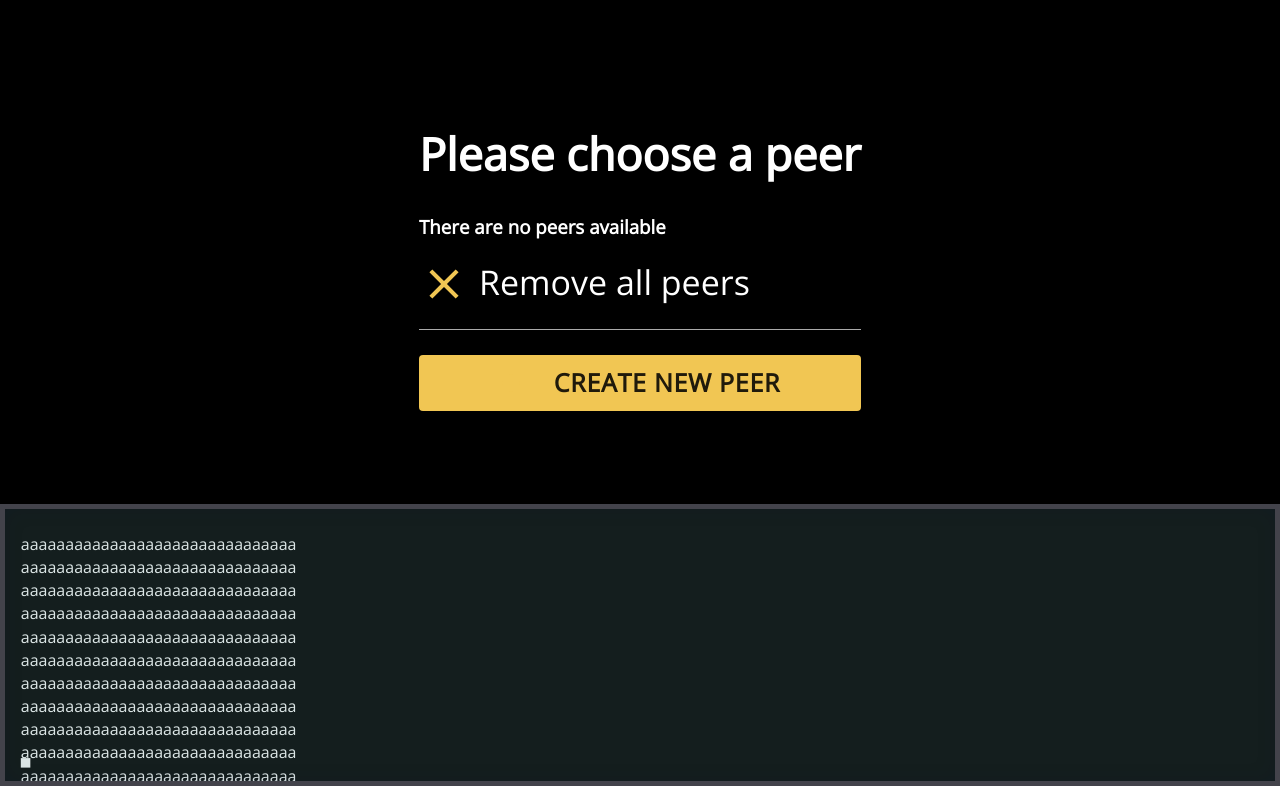
Repository: Bachdz/ASAP-Gui-Frontend
Page: /login
These files come from the project's save history. The page is drawn as it stood at one moment and after the next save; the edit follows.
The browser window is 1280 px wide. The pictures show the whole page.
The page's requests for data from a server got no answer. The project was rebuilt for these pictures with package versions that can differ from the ones it lists, and the page was loaded fresh each time. No one was signed in, and anything a server would have sent is missing. Also part of the build but not shown: src/css/loginscreen/Peer.css, src/components/fragments/Footer.js, src/components/mainscreen/subcomponents/Apps.js, src/css/mainscreen/Main.css, src/components/mainscreen/Main.js.

Above is the page before, as saved 2020-12-16 19:43:50.

### src/App.js
import React from 'react';



import { ReactComponent as Arrow } from './arrow.svg';
import Login from './components/loginscreen/Login';
import Main from './components/mainscreen/Main';
import { Link } from 'react-router-dom';
import Logo from './components/fragments/Footer';


import { BrowserRouter as Router, Route } from 'react-router-dom'

import './App.css';

function App() {
  return (
      <Router>
        <Route exact path="/" render={props => (
          <React.Fragment>
        <div className="container">

            <div className="content">
              <div id="box">
                <h1>Welcome to ASAP engine</h1>
                <Link to="/login"><Arrow id="next" /></Link>
              </div>
            </div>
          <Logo />
        </div>


          </React.Fragment>
        )} />
        <Route path="/login" component={Login} />
        <Route path="/main/user" component={Main} />

      </Router>
  );
}



export default App;

### src/components/loginscreen/Login.js
import React, { Component } from 'react';
import Peer from './subcomponents/Peer';
import CreateUser from './subcomponents/CreateUser';
import CloseIcon from '@material-ui/icons/Close';
import Alert from '@material-ui/lab/Alert';
import Snackbar from '@material-ui/core/Snackbar';
import Logo from '../fragments/Footer';
import Terminal from '../fragments/Terminal';



import '../../css/loginscreen/Login.css';
import axios from 'axios';



class Login extends Component {
    state = {
        peers: [],
        alertopen: false,
        alertmsg: '',
        alerttype: ''
    }

    componentDidMount() {
        axios.get('http://localhost:8080/api/v1/asap/peers')
            .then(res => this.setState({ peers: res.data }))
    }

    //create User
    addUser = (userName) => {
        let url = 'http://localhost:8080/api/v1/asap/peer?name=' + userName;
        axios.post(url)
            .then(res => this.setState({ peers: [...this.state.peers, res.data] }))
    }

    //remove all users
    removeAllUser = () => {
        axios.delete('http://localhost:8080/api/v1/asap/peers')
            .then(res => {
                if (res.data === false) {
                    this.setState({ alertopen: !this.state.alertopen, alertmsg: "Couldn't delete peers", alerttype: "error" });

                } else if (res.data === true) {
                    this.setState({ alertopen: !this.state.alertopen, alertmsg: "Deleted successfully ", alerttype: "success" });
                    axios.get('http://localhost:8080/api/v1/asap/peers')
                        .then(res => this.setState({ peers: res.data }))
                }



            }


            )


    }

    handleClose = (event, reason) => {
        this.setState({ alertopen: !this.state.alertopen });
    }


    render() {
        const { alertopen, alertmsg, alerttype } = this.state;
        return (
            <div>

                <div className="container">
                    <div className="content">
                        <div className="login-container">
                            <Snackbar anchorOrigin={{ vertical: 'top', horizontal: 'center' }} open={alertopen} autoHideDuration={2000} onClose={this.handleClose}>
                                <Alert onClose={this.handleClose} severity={alerttype}>
                                    {alertmsg}
                                </Alert>
                            </Snackbar>
                            <h1>Please choose a peer</h1>
                            <Peer peers={this.state.peers} />

                            <div id="remove-peer">
                                <CloseIcon id="remove" onClick={this.removeAllUser} /> Remove all peers
            </div>
                            <CreateUser addUser={this.addUser} />

                        </div>
                    </div>

                </div>
                <Terminal />

            </div>

        );
    }
}


export default Login;

### src/App.css
@import url('https://fonts.googleapis.com/css?family=Open+Sans');
body {
  font-family: "Open Sans", sans-serif;

}

#box {
  text-align: center;
}

.content {
  min-height: 70vh;
  display: flex;
  align-items: center;
}

.container {
  display: flex;
  align-items: center;
  justify-content: center;
  flex-direction: column;
  background-color: #000000;
  color: #ffffff;
  height: 70%;
  margin:0;
}

footer {
 margin-top:auto;
 width: 100vw;
}



#next {
  cursor: "pointer";
  transition: transform 330ms ease-in-out;

}
#next:hover {
  cursor: pointer;
  -ms-transform: scale(1.2); /* IE 9 */
  -webkit-transform: scale(1.2); /* Safari 3-8 */
  transform: scale(1.2);
}
h1 {
  font-size: 45px;
  text-align: center;
  animation: fadein 3s;
  -moz-animation: fadein 3s; /* Firefox */
  -webkit-animation: fadein 3s; /* Safari and Chrome */
  -o-animation: fadein 3s; /* Opera */
}
@keyframes fadein {
  from {
      opacity:0;
  }
  to {
      opacity:1;
  }
}
@-moz-keyframes fadein { /* Firefox */
  from {
      opacity:0;
  }
  to {
      opacity:1;
  }
}
@-webkit-keyframes fadein { /* Safari and Chrome */
  from {
      opacity:0;
  }
  to {
      opacity:1;
  }
}
@-o-keyframes fadein { /* Opera */
  from {
      opacity:0;
  }
  to {
      opacity: 1;
  }
}

### src/components/loginscreen/subcomponents/Peer.js
import React from 'react';
import '../../../css/loginscreen/Peer.css';
import AccountCircleIcon from '@material-ui/icons/AccountCircle';
import ArrowForwardIcon from '@material-ui/icons/ArrowForward';
// import { Redirect } from 'react-router-dom';
import { Link } from 'react-router-dom';

function Peer (props) {

        if (props.peers.length > 0) {
            return (
                props.peers.map((peer) => (
                    <div className="peer-container">
                        <AccountCircleIcon id="icon" />
                        {peer.name}
                        <Link to={{
                            pathname: '/main/user',
                            state: {
                                peer: peer.name
                            }
                        }}>
                            <ArrowForwardIcon id="forward" />
                        </Link>
                    </div>

                ))

            );


        } else {
            return (
                <h3>There are no peers available</h3>
            )
        }
    }





export default Peer;

### src/components/loginscreen/subcomponents/CreateUser.js
import React, {Component} from 'react';
import Button from '@material-ui/core/Button';
import AddIcon from '@material-ui/icons/Add';
import TextField from '@material-ui/core/TextField';
import Dialog from '@material-ui/core/Dialog';
import DialogActions from '@material-ui/core/DialogActions';
import DialogContent from '@material-ui/core/DialogContent';
import '../../../css/loginscreen/CreateUser.css';
import DialogContentText from '@material-ui/core/DialogContentText';

export class CreateUser extends Component {
    state = {
        open: false,
        error: false,
        username: ''
    }

    handleClickOpen = () => {
        this.setState({
            open: !this.state.open
        })
      };

    handleClose = (e) => {
        this.setState({
            open: !this.state.open
        })
    };

    onChange = (e) => this.setState({ [e.target.name]: e.target.value })

    onSubmit = (e) => {
        if (this.state.username !== '') {
            this.props.addUser(this.state.username);
            this.setState({username : ''});
            this.handleClose();
        } else {
            this.setState({error: true});
        }
    }

    render() {
    const { open,error } = this.state

    return (
        <div>

            <Button startIcon={<AddIcon id="addIcon" />} id="addButton" onClick={this.handleClickOpen}>Create new peer</Button>

            <Dialog open={open} onClose={this.handleClose} aria-labelledby="form-dialog-title">
                <DialogContent id="dialog">
                    <DialogContentText id="dialog-text">
                        Please enter your name
          </DialogContentText>
                    <TextField
                       error={this.state.error}
                     required
                        autoFocus
                        margin="dense"
                        name="username"
                        type="string"
                        label="Username"
                        helperText={error ===true  ? "username is required" : ""}
                        onChange={this.onChange}
                        fullWidth
                    />
                </DialogContent>
                <DialogActions id="dialog-action">
                    <Button onClick={this.onSubmit} id="button" color="primary">
                        Done
          </Button>
                </DialogActions>
            </Dialog>
        </div>
    );
}
}
export default CreateUser ;

### src/components/fragments/Terminal.js
import React from 'react'
import '../../css/Terminal.css';



export default function Terminal() {
    return (
        <div className="console">
            <pre className="i-has-teh-code">
                <p>aaaaaaaaaaaaaaaaaaaaaaaaaaaaaaa</p>
                <p>aaaaaaaaaaaaaaaaaaaaaaaaaaaaaaa</p>
                <p>aaaaaaaaaaaaaaaaaaaaaaaaaaaaaaa</p>
                <p>aaaaaaaaaaaaaaaaaaaaaaaaaaaaaaa</p>
                <p>aaaaaaaaaaaaaaaaaaaaaaaaaaaaaaa</p>
                <p>aaaaaaaaaaaaaaaaaaaaaaaaaaaaaaa</p>
                <p>aaaaaaaaaaaaaaaaaaaaaaaaaaaaaaa</p>
                <p>aaaaaaaaaaaaaaaaaaaaaaaaaaaaaaa</p>
                <p>aaaaaaaaaaaaaaaaaaaaaaaaaaaaaaa</p>
                <p>aaaaaaaaaaaaaaaaaaaaaaaaaaaaaaa</p>
                <p>aaaaaaaaaaaaaaaaaaaaaaaaaaaaaaa</p>
                <p>aaaaaaaaaaaaaaaaaaaaaaaaaaaaaaa</p>
                <p>aaaaaaaaaaaaaaaaaaaaaaaaaaaaaaa</p>

            </pre>
        </div>
    )
}

### src/css/loginscreen/Login.css
@import url('https://fonts.googleapis.com/css?family=Open+Sans');




.content {
    display: flex;
    align-items: center;
    justify-content: center;
    flex-direction: column;
    background-color: #000000;
    color: #ffffff;
    margin:0;
  }

footer {
   margin-top:auto;
   width: 100vw;
  }




#remove {
    cursor: pointer;
    color: #F1C653;
    float: left;
    font-size: 50px;
    margin-right: 10px;
}

#remove:hover {
    cursor: pointer;
    -ms-transform: scale(1.2); /* IE 9 */
    -webkit-transform: scale(1.2); /* Safari 3-8 */
    transform: scale(1.2);
  }

#remove-peer {
    width: 100%;
    border-bottom: 1px solid #aaa;
    padding-bottom:20px;
    margin-top: 20px;
    display: flex;
    font-size: 34px;
    animation: fadein 3.5s;
    -moz-animation: fadein 3.5s; /* Firefox */
    -webkit-animation: fadein 3.5s; /* Safari and Chrome */
    -o-animation: fadein 3.5s; /* Opera */
}

### src/css/loginscreen/CreateUser.css
@import url('https://fonts.googleapis.com/css?family=Open+Sans');
* {
    font-family:"Open Sans", sans-serif ;
}
#addButton{
    z-index: 99;
    margin-top:25px;
    background-color: #F1C653;
    width: 100%;
    font-size:25px;
    font-weight: bolder;
}

#addIcon {
    font-size: 26px;
}
#dialog {

}
#dialog-text {
    font-family:"Open Sans", sans-serif ;
    color: #000000;

    text-align: center;
}
#button {
    background-color: #F1C653;
    color: #000000;
    width: 50%;
    font-size:15px;
    font-weight: bolder;
}

### src/css/Terminal.css
@charset "UTF-8";
@-webkit-keyframes waiting {
    0% {
        opacity: 0;
    }
    35%,
    75% {
        opacity: 1;
    }
    100% {
        opacity: 0;
    }
}

@keyframes waiting {
    0% {
        opacity: 0;
    }
    35%,
    75% {
        opacity: 1;
    }
    100% {
        opacity: 0;
    }
}

@-webkit-keyframes joltBG {
    0% {
        opacity: 0.3;
    }
    22%,
    26% {
        opacity: 0.2;
    }
    27%,
    45% {
        opacity: 0.4;
    }
    46%,
    76% {
        opacity: 0.5;
    }
    76%,
    78% {
        opacity: 0.05;
    }
    78% {
        opacity: 0.3;
    }
    100% {
        opacity: 0.3;
    }
}

@keyframes joltBG {
    0% {
        opacity: 0.3;
    }
    22%,
    26% {
        opacity: 0.2;
    }
    27%,
    45% {
        opacity: 0.4;
    }
    46%,
    76% {
        opacity: 0.5;
    }
    76%,
    78% {
        opacity: 0.05;
    }
    78% {
        opacity: 0.3;
    }
    100% {
        opacity: 0.3;
    }
}

.i-has-teh-code {
    height: 30vh;
    overflow-y: scroll;
    white-space: pre-wrap;
    background: #141e1e;
    color: #dce6e6;
    margin: 0 auto;
    font-family: Monaco, Consolas, "Lucida Console", monospace;
    padding: 1em 1em 2.5em 1em;
    line-height: 0.45;
    position: relative;

}

.i-has-teh-code::-moz-selection {
    color: #141e1e;
    background: #dce6e6;
}

.i-has-teh-code::selection {
    color: #141e1e;
    background: #dce6e6;
}

.i-has-teh-code:before {
    position: absolute;
    pointer-events: none;
    top: 0;
    right: 0;
    bottom: 0;
    left: 0;
    background-color: rgba(50, 50, 80, 0.6);
    content: '';
    z-index: 100;
    box-shadow: inset 0px 0px 20px 0px rgba(0, 0, 60, 0.3);
    background: url('data:[embedded picture, 484 characters]');
    -webkit-animation-name: joltBG;
    animation-name: joltBG;
    -webkit-animation-duration: 10000ms;
    animation-duration: 10000ms;
    -webkit-animation-iteration-count: infinite;
    animation-iteration-count: infinite;
    -webkit-animation-timing-function: linear;
    animation-timing-function: linear;
}

.i-has-teh-code:after {
    position: absolute;
    pointer-events: none;
    bottom: 0em;
    left: 0em;
    content: '■';
    padding: 1em;
    -webkit-animation-name: waiting;
    animation-name: waiting;
    -webkit-animation-duration: 1200ms;
    animation-duration: 1200ms;
    -webkit-animation-iteration-count: infinite;
    animation-iteration-count: infinite;
    -webkit-animation-timing-function: ease-in-out;
    animation-timing-function: ease-in-out;
}

.console {
    background: rgba(20, 20, 30, 0.8);
    padding: 0.3em;
}

### src/css/mainscreen/Apps.css

#addIcon, #removeIcon {
    float:right;
    color: #F1C653;
    font-size: 30px;
    margin-right:20px;
}
.title {
    display:flex;
    align-items: center;
}


.parentList {
    margin-left:10px;
}

.main-items {
    font-size: 30px;
}

#apps {
    padding-left:50px;
}

.input {
    font-style: italic;
    width: 100%;
    border:none;
    outline: none;
    border-bottom: 2px solid #808080;
    background: #000000;
    color: #ffffff;
    width: 70%;
    margin-left:45px;
    font-size:20px;
}

.add {
    width: 100%;
    display:flex;
    color: #F1C653;
}

#checkicon {
    float: right;
}

#checkicon-inactive {
    color: #808080;
}

Loaded but not shown: public/index.html (common file); src/index.js (common file); src/index.css (common file); src/reportWebVitals.js (common file)

After the next save:
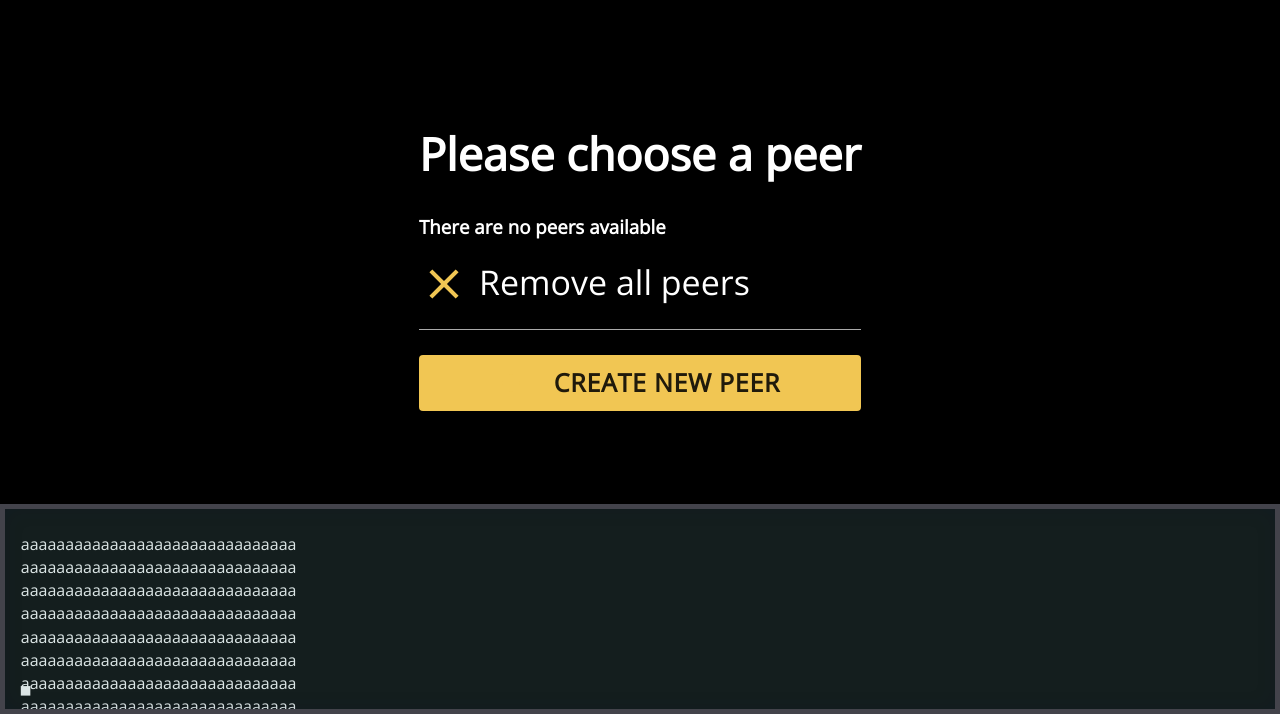
Saved 26 s later.
--- a/src/css/Terminal.css
+++ b/src/css/Terminal.css
@@ -82,7 +82,7 @@
 }
 
 .i-has-teh-code {
-    height: 30vh;
+    height: 20vh;
     overflow-y: scroll;
     white-space: pre-wrap;
     background: #141e1e;
